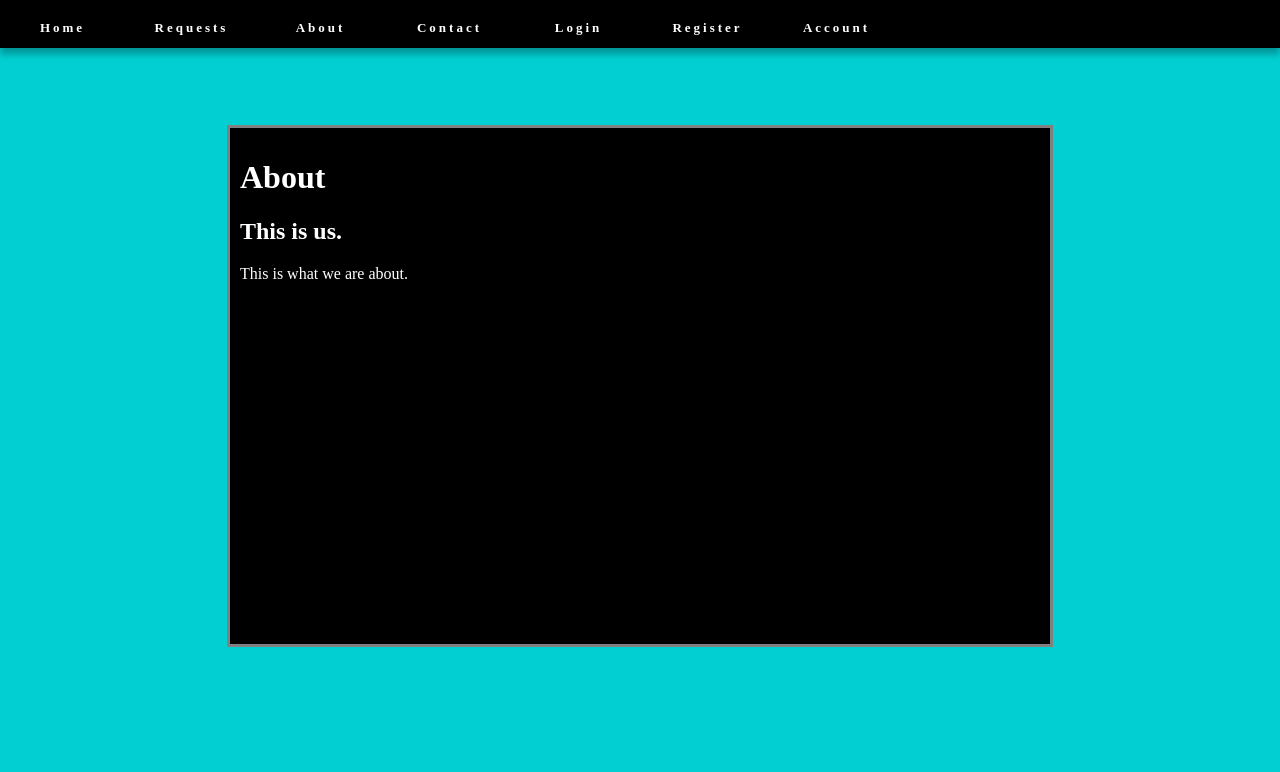
Repository: mailog/Tomorrow
Page: http://localhost/about
These files come from the project's save history. The page is drawn as it stood at one moment and after the next save; the edit follows.
The browser window is 1280 px wide. The pictures show the whole page.
The page is this project's Thymeleaf template; nobody is signed in. The template is opened directly, without the code that normally fills it, so the values that code supplies are empty.

Above is the page before, as saved 2017-07-30 03:15:00.

### Tomorrow/src/main/resources/templates/about.html
<html xmlns:th="http://www.thymeleaf.org">
<head>
<title>About</title>
<link rel="stylesheet" type="text/css" href="/css/toolbar.css" />
<link rel="stylesheet" type="text/css" href="/css/about.css" />
</head>
<body>

<div class = "toolbar">
	<a href = "/">
		<button class = "tool_button"> Home </button>
	</a>
	<a href = "/requests">
		<button class = "tool_button"> Requests </button>
	</a>
	<a href = "/about">
		<button class = "tool_button"> About </button>
	</a>
	<a href = "/contact">
		<button class = "tool_button"> Contact </button>
	</a>
	<a href = "/login">
		<button class = "tool_button"> Login </button>
	</a>
	<a href = "/register">
		<button class = "tool_button"> Register </button>
	</a>
	<a href = "/account">
		<button class = "tool_button"> Account </button>
	</a>
</div>

<div id = "about">
	<h1>About</h1>
	<h2>This is us.</h2>
	<p>This is what we are about.</p>
</div>
</body>
</html>

### Tomorrow/src/main/resources/static/css/toolbar.css
/*------------------STATIC------------------*/
/*------------------------------------------*/

/*-------------------BODY-------------------*/

	body{
		background-color: #02CFD2;
		color: white;
	}


/*------------------------------------------*/

/*---------------TOOLBAR--------------------*/
	.toolbar{
		width:100%;
		height: 48px;
		z-index: 1;
		opacity: 1;
		position: absolute;
		left: 0px;
		top: 0px;
		float: center;
		padding 0 0 0 0;
		margin-left:auto;
		margin-right:auto;
		background-color: black;
		-webkit-box-shadow: 0px 6px 7px 0px rgba(0,0,0,0.29);
		-moz-box-shadow: 0px 6px 7px 0px rgba(0,0,0,0.29);
		box-shadow: 0px 6px 7px 0px rgba(0,0,0,0.29);
	}

	.tool_button{
		height: 35px;
		width: 125px;
		display:inline;
		background-color: black;
		color:white;
		padding: 0px;
		font-family: Browalia-New;
		font-size: 13px;
		font-weight:bold;
		letter-spacing: 3px;
		border:none;
		cursor: pointer;
		margin-top: 10px;
		margin-bottom: 6px;
		margin-right: 0px;
		margin-left: 0px;
		border-bottom-style: none;
		text-decoration:none;
	}

	.tool_button:hover{
		text-decoration:none;
		border-bottom-style: solid;
		border-bottom-width:3px;
		border-bottom-color:#FFFFFF;
	}

	.toolbar a{
		text-decoration:none;
	}

/*------------------------------------------*/

/*-----------------BUTTONS------------------*/
	.introbtn{}

	.tutorialbtn{
	}

	.registerbtn{
	}

/*------------------------------------------*/

/*------------------INFO--------------------*/

/*------------------------------------------*/

### Tomorrow/src/main/resources/static/css/about.css
#about
{
	background-color:#000000;
	position: relative;
	margin: 125px auto;
	color:white;
	height:496px;
	width: 800px;
	padding: 10px;
	border-style:solid;
	border-color: grey;
}

After the next save:
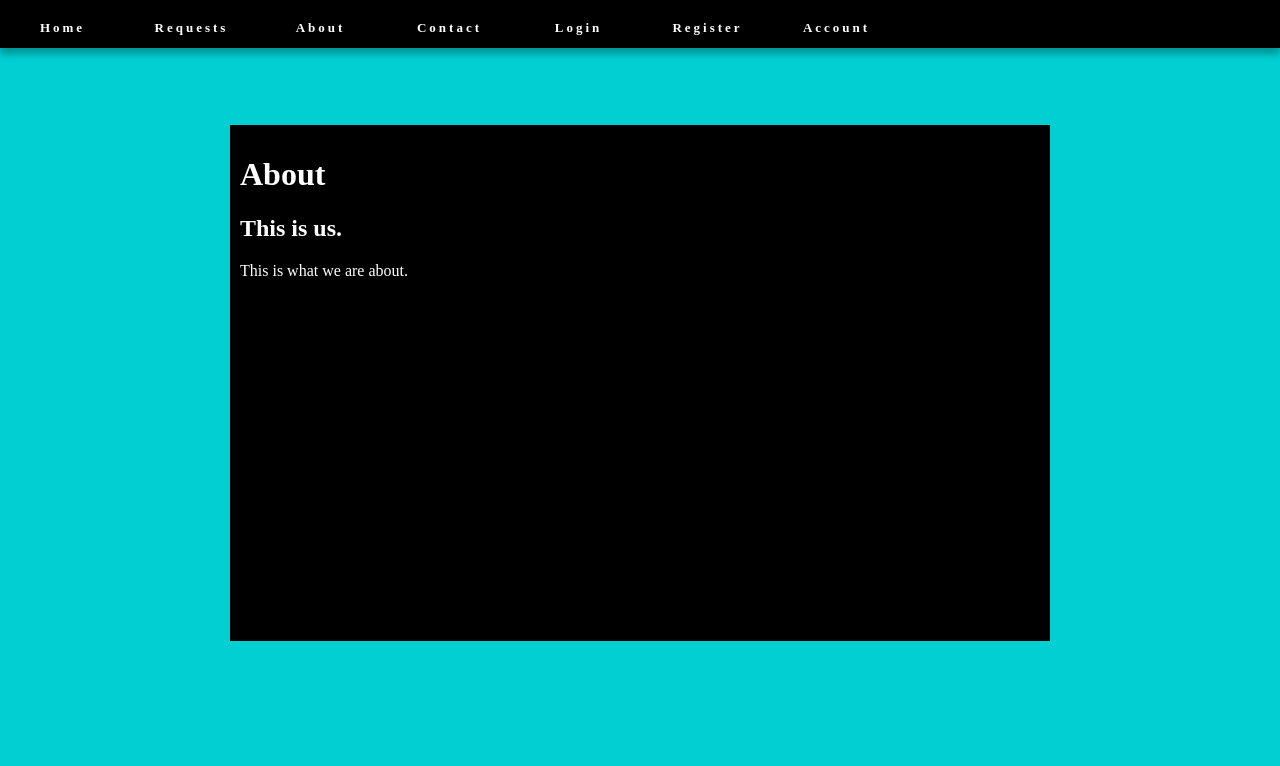
Saved 72 s later.
--- a/Tomorrow/src/main/resources/static/css/about.css
+++ b/Tomorrow/src/main/resources/static/css/about.css
@@ -7,6 +7,4 @@
 	height:496px;
 	width: 800px;
 	padding: 10px;
-	border-style:solid;
-	border-color: grey;
 }
